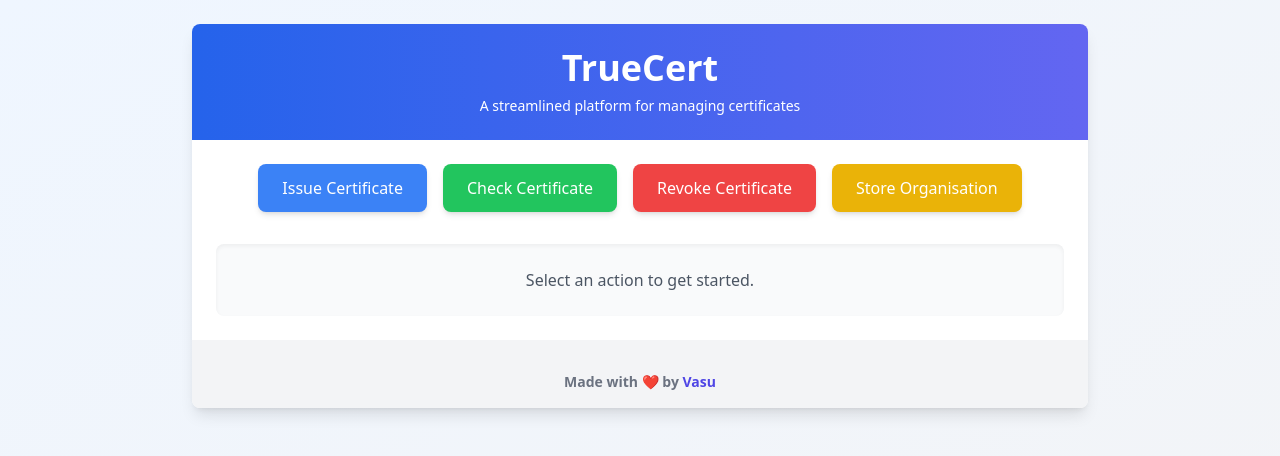
Repository: virtualvasu/TrueCert
Page: / (app in client/)
These files come from the project's save history. The page is drawn as it stood at one moment and after the next save; the edit follows.
The browser window is 1280 px wide. The pictures show the whole page.
The project was rebuilt for these pictures with package versions that can differ from the ones it lists, and the page was loaded fresh each time. Also part of the build but not shown: client/vite.config.js, client/src/components/organisation/contractDetails.jsx, client/src/components/organisation/IssueCertificate.jsx, client/src/components/organisation/CheckCertificate.jsx, client/src/components/organisation/RevokeCertificate.jsx.

Above is the page before, as saved 2025-01-08 02:53:38.

After the next save:
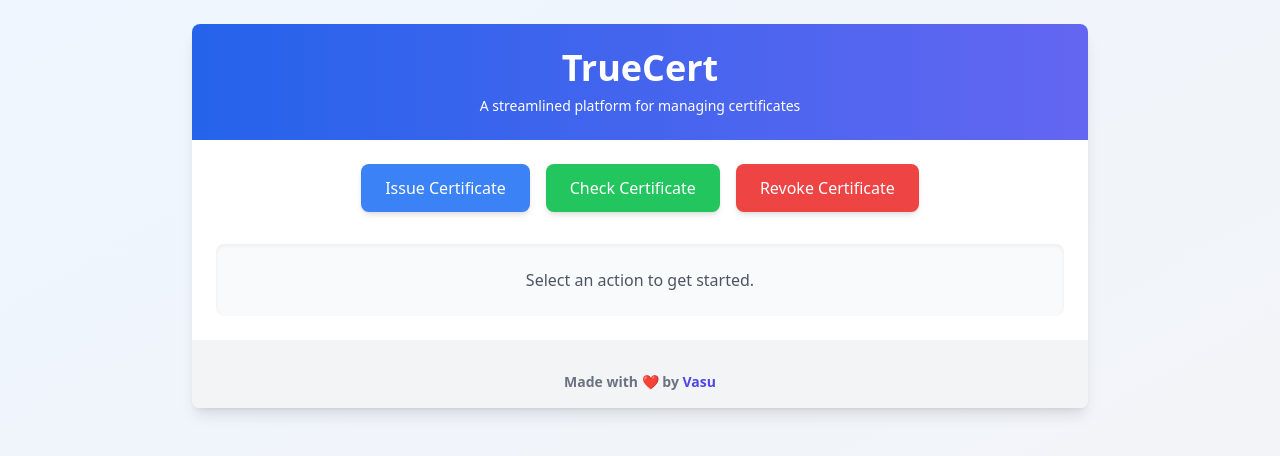
Saved 28 s later.
--- a/client/src/App.jsx
+++ b/client/src/App.jsx
@@ -45,15 +45,7 @@ function App() {
             >
               Revoke Certificate
             </button>
-            <button
-              onClick={() => setActiveComponent('StoreOrganisation')}
-              className={`px-6 py-3 font-medium text-white rounded-lg shadow-md transition ${activeComponent === 'StoreOrganisation'
-                ? 'bg-yellow-700'
-                : 'bg-yellow-500 hover:bg-yellow-600'
-                }`}
-            >
-              Store Organisation
-            </button>
+
           </div>
           <div className="bg-gray-50 p-6 rounded-lg shadow-inner">
             {activeComponent === 'IssueCertificate' && (
